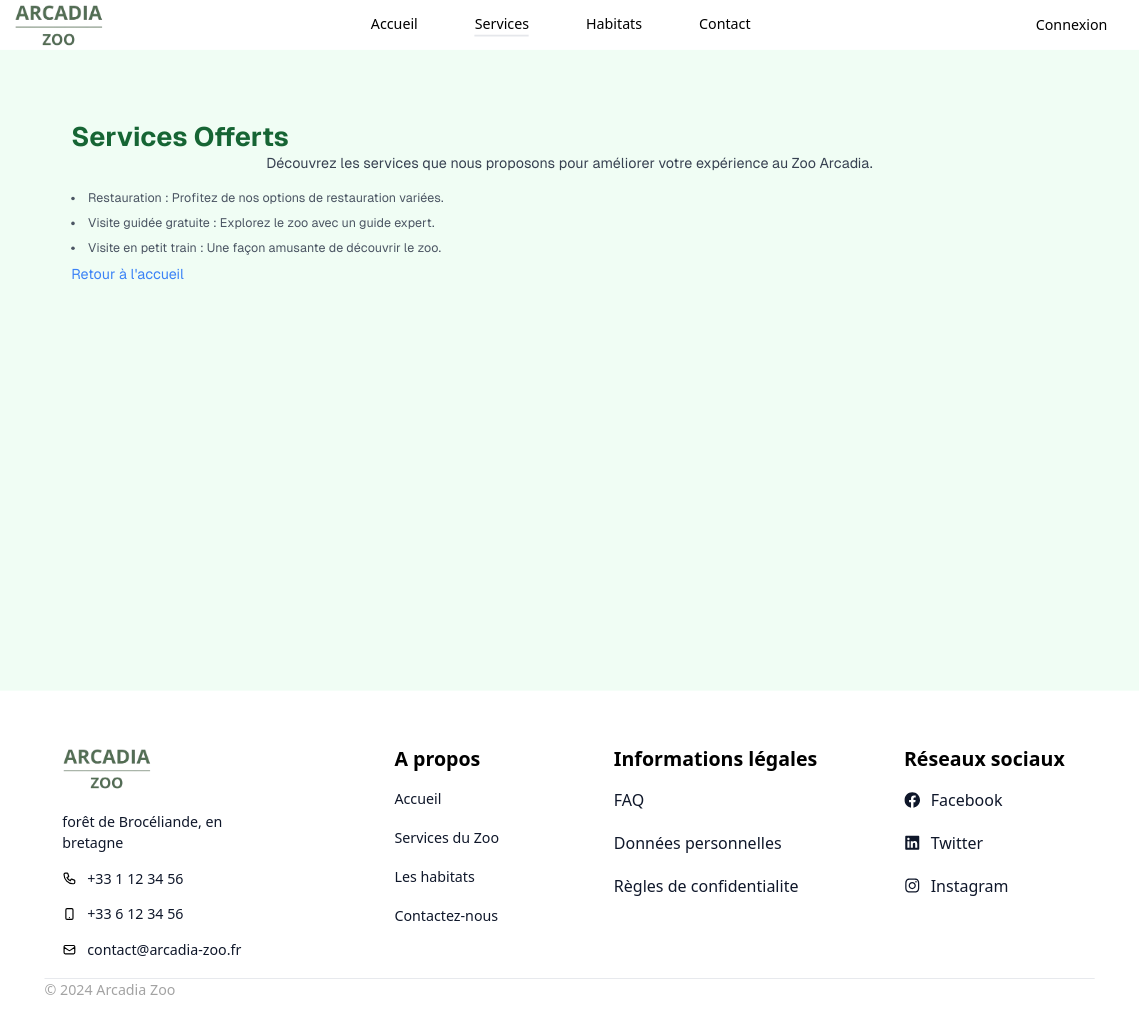
Repository: rdaa99/zoo-arcadia
Page: /service
An editor plug-in stored every save of this project. The page is shown before and after the next save, followed by the edit.
The browser window is 1280 px wide. The pictures show the whole page, at 89% of full size.
The project was rebuilt for these pictures with package versions that can differ from the ones it lists, and the page was loaded fresh each time. The framework's server and built-in components were replaced by stand-ins that run in the browser. Also part of the build but not shown: next.config.ts, components/organisms/Navbar/NavbarMobile.tsx, components/molecules/Button/TextButton.tsx.

Above is the page before, as saved 2024-11-18 22:01:42.

### app/layout.tsx
import type { Metadata } from "next";
import localFont from "next/font/local";
import "./globals.css";
import { Footer } from "@/components/organisms/Footer/Footer";
import { Navbar } from "@/components/organisms/Navbar/Navbar";
import { NavbarResponsive } from "@/components/organisms/Navbar/NavbarResponsive";

const geistSans = localFont({
  src: "../assets/fonts/GeistVF.woff",
  variable: "--font-geist-sans",
  weight: "100 900",
});
const geistMono = localFont({
  src: "../assets/fonts/GeistMonoVF.woff",
  variable: "--font-geist-mono",
  weight: "100 900",
});

export const metadata: Metadata = {
  title: "Create Next App",
  description: "Generated by create next app",
};

export default function RootLayout({
  children,
}: Readonly<{
  children: React.ReactNode;
}>) {
  return (
    <html lang="en">
      <body
        className={`${geistSans.variable} ${geistMono.variable} antialiased`}
      >
        <div className="sticky top-0 z-[400]">
          <NavbarResponsive />
        </div>
        {children}

        <div>
          <Footer />
        </div>
      </body>
    </html>
  );
}

### app/(pages)/service/page.tsx
import { Button } from "flowbite-react";
import Image from "next/image";
import Link from "next/link";

export default function Services() {
  return (
    <div className="bg-green-50 min-h-screen p-8 pb-20 gap-16 sm:p-20 font-[family-name:var(--font-geist-sans)]">
      <h1 className="text-3xl font-bold text-green-800">Services Offerts</h1>
      <p className="text-center text-gray-700">
        Découvrez les services que nous proposons pour améliorer votre
        expérience au Zoo Arcadia.
      </p>
      <ul className="list-inside list-disc text-sm text-center sm:text-left text-gray-600 mt-4">
        <li className="mb-2">
          Restauration : Profitez de nos options de restauration variées.
        </li>
        <li className="mb-2">
          Visite guidée gratuite : Explorez le zoo avec un guide expert.
        </li>
        <li className="mb-2">
          Visite en petit train : Une façon amusante de découvrir le zoo.
        </li>
      </ul>
      <Link href="/" className="text-blue-500 hover:underline mt-4">
        Retour à l'accueil
      </Link>
    </div>
  );
}

### components/organisms/Footer/Footer.tsx
'use client';

import { Footer as FlowbiteFooter } from 'flowbite-react';
import { FaFacebook, FaInstagram, FaLinkedin } from 'react-icons/fa';
import { HiOutlineDeviceMobile, HiOutlineMail, HiOutlinePhone } from 'react-icons/hi';
import { customFooterTheme } from './theme';
import { Logo } from '@/components/atoms/Logo';
import { useResponsive, DeviceSize } from '@/hooks/useResponsive';
import { Typography } from '@/components/atoms/Typography/Typography';

export const Footer = () => {
    const { deviceSize } = useResponsive();

    const adressList = [
        { name: "forêt de Brocéliande, en bretagne" },
        { name: "+33 1 12 34 56", icon: HiOutlinePhone },
        { name: "+33 6 12 34 56", icon: HiOutlineDeviceMobile },
        { name: "contact@arcadia-zoo.fr", icon: HiOutlineMail }
    ];

    const aboutList = [
        { name: "Accueil", link: '/' },
        {name: 'Services du Zoo', link: '/Services',},
        {name: 'Les habitats', link: '/Habitats',},
        {name: 'Contactez-nous', link: '/Contact',}
    ];

    const legalList = [
        { name: "FAQ", link: '/faq' },
        { name: "Données personnelles", link: '/donnees-personnelles' },
        { name: "Règles de confidentialite", link: '/regle-confidentialite' }
    ];

    const socialList = [
        { name: "Facebook", icon: FaFacebook, link: '#' },
        { name: "Twitter", icon: FaLinkedin, link: '#' },
        { name: "Instagram", icon: FaInstagram, link: '#' },
    ];


    let footerSize = '';
    if (deviceSize <= DeviceSize.sm) {
        footerSize = 'max-w-screen-sm';
    } else if (deviceSize < DeviceSize.lg) {
        footerSize = 'max-w-screen-lg';
    } else if (deviceSize > DeviceSize.lg) {
        footerSize = 'xl:w-[1180px] w-auto';
    }

    const footerWidth =
        deviceSize <= DeviceSize.md
        ? 'w-[350px]'
        : deviceSize <= DeviceSize.lg
            ? 'w-52'
            : deviceSize <= DeviceSize.xl
            ? 'w-[300px]'
            : 'w-[350px]';

    return (
        <FlowbiteFooter container={true} theme={customFooterTheme}>
        <div className={`${footerSize}  grid md:grid-cols-4 md:gap-x-7 gap-y-5 md:gap-y-0`}>
        <div className="grid grid-cols-1 md:content-start justify-items-center md:justify-items-start gap-y-5 p-5">
            <Logo />
            <div className="flex items-center md:items-start flex-col md:gap-y-4 gap-y-3">
            {adressList.map((list, index) => (
                <div className={`flex items-center gap-x-3 text-primary-900`} key={index}>
                {list.icon && <list.icon />}
                <Typography customClassName="text-base font-normal text-start text-slate-900" fontFamily="secondary">
                    {list.name}
                </Typography>
                </div>
            ))}
            </div>
        </div>
        <div className={`grid md:justify-around md:content-start md:justify-items-start justify-items-center gap-y-4 p-5 ${footerWidth}`}>
            <FlowbiteFooter.Title theme={customFooterTheme.title} title="A propos" />
            <FlowbiteFooter.LinkGroup theme={customFooterTheme.groupLink}>
            {aboutList.map((list, index) => (
                <FlowbiteFooter.Link theme={customFooterTheme.groupLink.link} key={index} href={list.link}>
                    <Typography customClassName="flex items-center text-base font-normal" fontFamily="secondary">
                    {list.name}
                    </Typography>
                </FlowbiteFooter.Link>
            ))}
            </FlowbiteFooter.LinkGroup>
        </div>
        <div className={`grid md:justify-around md:content-start md:justify-items-start justify-items-center gap-y-4 p-5 ${footerWidth}`}>
            <FlowbiteFooter.Title theme={customFooterTheme.title} title="Informations légales" />
            <FlowbiteFooter.LinkGroup theme={customFooterTheme.groupLink}>
            {legalList.map((list, index) => (
                <FlowbiteFooter.Link theme={customFooterTheme.groupLink.link} key={index} href={list.link}>
                    {list.name}
                </FlowbiteFooter.Link>
            ))}
            </FlowbiteFooter.LinkGroup>
        </div>
        <div className={`grid md:justify-around md:content-start md:justify-items-start justify-items-center gap-y-4 p-5 ${footerWidth}`}>
            <FlowbiteFooter.Title theme={customFooterTheme.title} title="Réseaux sociaux" />
            <FlowbiteFooter.LinkGroup theme={customFooterTheme.groupLink}>
            {socialList.map((list, index) => (
                <FlowbiteFooter.Link theme={customFooterTheme.groupLink.link} key={index} href={list.link}>
                <div className={`flex items-center gap-x-3`}>
                    {list.icon && <list.icon />}
                    {list.name}
                </div>
                </FlowbiteFooter.Link>
            ))}
            </FlowbiteFooter.LinkGroup>
        </div>
        </div>
        <FlowbiteFooter.Divider />
        <div className="max-w-screen-md md:w-[1180px] grid grid-rows-1 md:justify-start justify-center">
        <FlowbiteFooter.Copyright theme={customFooterTheme.copyright} by=" Arcadia Zoo" year={new Date().getFullYear()} />
        </div>
    </FlowbiteFooter>
    );
};

### components/organisms/Navbar/NavbarResponsive.tsx
'use client';

import { DeviceSize, useResponsive } from "@/hooks/useResponsive";
import { NavbarMobile } from "./NavbarMobile";
import { Navbar } from "./Navbar";

export const NavbarResponsive = () => {
  const { deviceSize } = useResponsive();

  if (!deviceSize) {
    return null; // ou un loader pendant le calcul
  }

  return deviceSize <= DeviceSize.lg ? <NavbarMobile /> : <Navbar />;
};

### components/organisms/Footer/theme.tsx
import { FlowbiteFooterTheme } from 'flowbite-react';

export const customFooterTheme: FlowbiteFooterTheme = {
  root: {
    base: 'grid pt-10 md:pt-10 justify-center bg-zinc-50 lg:px-0 md:px-10 px-0 bg-secondary-50',
    container: '',
    bgDark: ''
  },
  groupLink: {
    base: 'grid md:gap-y-5 gap-y-3 items-center justify-items-center md:justify-items-start',
    link: {
      base: 'text-lg leading-7 text-slate-900',
      href: ''
    },
    col: ''
  },
  icon: {
    base: 'text-red-500 dark:hover:text-white',
    size: 'h-9 w-9'
  },
  title: {
    base: 'text-primary-700 text-[22px] normal-case font-bold'
  },
  divider: {
    base: 'md:w-full md:border-stone-300 p-5'
  },
  copyright: {
    base: 'w-full text-base text-neutral-400 md:mb-9 mb-4',
    href: '',
    span: ''
  },
  brand: {
    base: 'mb-4',
    img: 'mr-3 h-8',
    span: 'self-center whitespace-nowrap text-2xl font-semibold text-red-800'
  }
};

### hooks/useResponsive.ts
'use client';

import { useEffect, useState } from 'react';

export enum DeviceSize {
  sm = 640,
  md = 768,
  lg = 1024,
  xl = 1280
}

export const useResponsive = () => {
  const [deviceSize, setDeviceSize] = useState(DeviceSize.xl);

  useEffect(() => {
    const checkScreenSize = () => {
      if (window.innerWidth <= DeviceSize.sm) {
        setDeviceSize(DeviceSize.sm);
      } else if (window.innerWidth <= DeviceSize.md) {
        setDeviceSize(DeviceSize.md);
      } else if (window.innerWidth < DeviceSize.lg) {
        setDeviceSize(DeviceSize.lg);
      } else {
        setDeviceSize(DeviceSize.xl);
      }
    };
    checkScreenSize();

    window.addEventListener('resize', checkScreenSize);

    return () => window.removeEventListener('resize', checkScreenSize);
  }, []);

  return { deviceSize };
};

### components/organisms/Navbar/Navbar.tsx
"use client"; // Ajouter cette directive au début du fichier
import { Navbar as FlowbiteNavbar } from "flowbite-react";
import Link from "next/link";
import { usePathname } from "next/navigation";
import { useState, useEffect } from "react";

import { Logo } from "@/components/atoms/Logo";
import { Typography } from "@/components/atoms/Typography";
import { Button } from "@/components/molecules/Button";

import { customNavbarTheme } from "./theme";

export const Navbar = () => {
  const pathname = usePathname();
  const [shadow, setShadow] = useState<number>(0);
  const scrollThreshold = 50;

  const navbarList = [
    { name: "Accueil", link: "/" },
    { name: "Services", link: "/service" },
    { name: "Habitats", link: "/habitat" },
    { name: "Contact", link: "/contact" },
  ];

  useEffect(() => {
    const handleScroll = () => {
      setShadow(window.scrollY);
    };

    window.addEventListener("scroll", handleScroll);
    return () => {
      window.removeEventListener("scroll", handleScroll);
    };
  }, []);

  return (
    <FlowbiteNavbar
      theme={customNavbarTheme(undefined)}
      className={`transition-shadow duration-300 ${
        shadow > scrollThreshold
          ? "shadow-[0_0px_5px_2px_rgba(212,212,212,1)]"
          : ""
      }`}
    >
      {/* <div className='w-[120px]'><Logo /></div> */}
      <Logo />
      <FlowbiteNavbar.Collapse>
        <div className="flex flex-row gap-x-16">
          {navbarList.map((page) => (
            <FlowbiteNavbar.Link as={Link} href={page.link} key={page.name}>
              <Typography
                customClassName={`hover:border-primary-400 hover:border-b-2  text-base ${
                  pathname === page.link ? "border-b-2 border-primary-700" : ""
                }`}
                color="dark"
              >
                {page.name}
              </Typography>
            </FlowbiteNavbar.Link>
          ))}
        </div>
      </FlowbiteNavbar.Collapse>
      <Button size="s" color="primary" href="/connexion">
        Connexion
      </Button>
    </FlowbiteNavbar>
  );
};

### components/atoms/Logo/Logo.tsx
import Image from 'next/image';
import Link from 'next/link';
import React from 'react';

export interface LogoProps {
  redirectUrl?: string;
  src?: string;
}

export const Logo = ({
  redirectUrl = '/',
  src = '/images/arcadia-logo-2.webp', // Chemin relatif à partir de "public"
}: LogoProps) => {
  return (
    <Link href={redirectUrl}>
      <Image width={100} height={45} src={src} alt="logo of arcadia zoo" />
    </Link>
  );
};

### utils/clsxm.ts
import clsx, { ClassValue } from "clsx";
import { twMerge } from "tailwind-merge";

/** Merge classes with tailwind-merge with clsx full feature */
export default function clsxm(...classes: ClassValue[]) {
  return twMerge(clsx(...classes));
}

### components/organisms/Navbar/theme.tsx
import { FlowbiteNavbarTheme } from "flowbite-react";

export const customNavbarTheme = (
  isOpen: boolean | undefined
): FlowbiteNavbarTheme => ({
  root: {
    base: "px-4 w-full bg-secondary-50 flex flex-row justify-center",
    rounded: {
      on: "rounded",
      off: "",
    },
    bordered: {
      on: "",
      off: "",
    },
    inner: {
      base: "w-full flex justify-between items-center",
      fluid: {
        on: "",
        off: "",
      },
    },
  },
  brand: {
    base: "",
  },
  collapse: {
    base: "w-full lg:block lg:w-auto h-screen lg:h-auto mt-16 lg:mt-0",
    list: "flex flex-col lg:flex-row lg:space-x-8 lg:font-medium lg:items-center gap-y-10 lg:gap-y-0",
    hidden: {
      on: "hidden",
      off: "",
    },
  },
  link: {
    base: "hover:text-secondary-700 hover:border-b-2",
    active: {
      on: "",
      off: "",
    },
    disabled: {
      on: "",
      off: "",
    },
  },
  toggle: {
    base: `text-primary-500 rounded-[10px] lg:hidden ${
      isOpen === true ? "bg-primary-100" : "bg-transparent"
    }`, // Clean base styles for the toggle
    icon: "h-[42px] w-[42px] shrink-0", // Icon only, no extra styles or content
  },
});

### components/molecules/Button/index.ts
export * from './Button';
export * from './TextButton';

### components/molecules/Button/Button.tsx
import Link from 'next/link';
import * as React from 'react';
import clsxm from '@/utils/clsxm';

type ButtonColor = 'primary' | 'secondary';
type ButtonVariant = 'transparent' | 'underline' | 'outline';
export type ButtonSize = 'xs' | 's' | 'm' | 'l' | 'xl';

type ButtonProps = {
  color?: ButtonColor;
  variant?: ButtonVariant;
  size?: ButtonSize;
  href?: string;
} & React.ButtonHTMLAttributes<HTMLButtonElement> & {
  as?: React.ElementType;  // Ajout de la prop 'as' dynamique
};

export const Button = React.forwardRef<HTMLElement, ButtonProps>(
  ({ children, className, color = 'primary', variant, size = 's', type = 'button', href, as = 'button', ...props }, ref) => {
    // Déterminer l'élément à rendre en fonction de la prop 'as'
    let Component = as;

    // Si 'href' est défini, utiliser Link pour une URL interne ou 'a' pour un lien externe
    if (href) {
      Component = href.startsWith('/') ? Link : 'a';
    }

    // Appliquer dynamiquement les classes et autres props
    return (
      <Component
        ref={ref}
        type={type}
        href={href} // Passe l'attribut href si nécessaire
        className={clsxm(
          'flex items-center justify-center gap-2 rounded-md text-base focus:outline-none focus-visible:ring focus-visible:ring-primary-500 hover:bg-primary-500',
          className, // Les classes passées en props
          //*=========== Size ===========
          [
            size === 's' && 'w-[120px] h-9',
            size === 'm' && 'w-[270px] h-11',
            size === 'l' && 'w-full h-11'
          ],
          //*=========== Colors ===========
          [
            color === 'primary' && 'bg-primary-500 hover:bg-primary-600 disabled:bg-gray-200 focus:ring-transparent enabled:hover:bg-primary-500',
            color === 'secondary' && 'bg-secondary-700 text-white hover:border-secondary-700 hover:border-2 shadow-none hover:bg-secondary-50 hover:text-secondary-700 disabled:bg-gray-200 focus:ring-transparent enabled:hover:bg-transparent'
          ],
          //*=========== Variants ===========
          [
            variant === 'transparent' && 'bg-transparent enabled:hover:bg-transparent',
            variant === 'underline' && 'bg-transparent underline enabled:hover:bg-transparent',
            variant === 'outline' && 'bg-white enabled:hover:bg-white border border-primary-500 justify-center hover:shadow-sm'
          ]
        )}
        {...props}
      >
        {children}
      </Component>
    );
  }
);

Button.displayName = 'Button';

Loaded but not shown: app/globals.css (common file); components/atoms/Logo/index.ts (common file); components/atoms/Typography/index.ts (common file); tailwind.config.ts (common file); components/atoms/Typography/Typography.tsx (151 lines, source omitted)

After the next save:
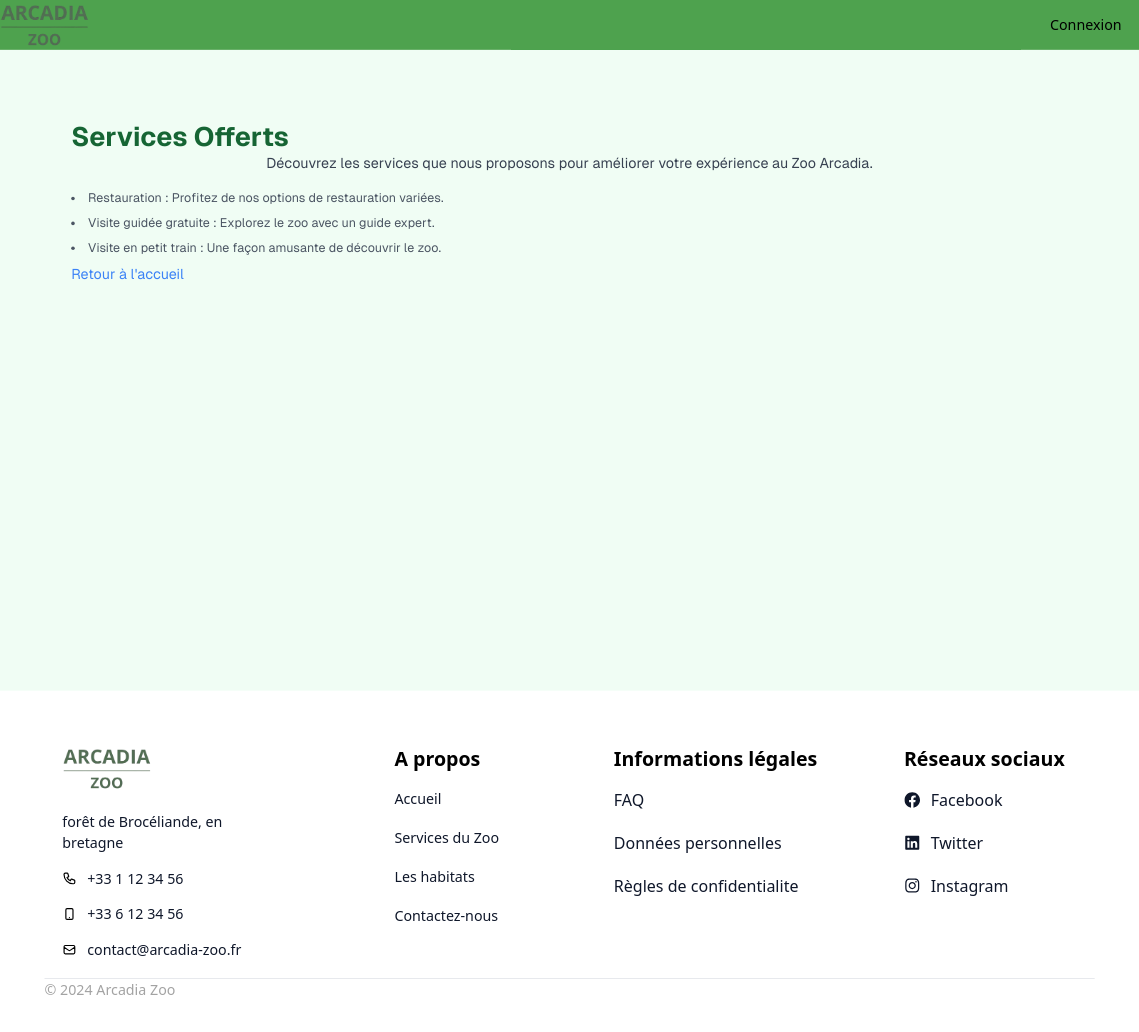
Saved 59 s later.
--- a/components/organisms/Navbar/Navbar.tsx
+++ b/components/organisms/Navbar/Navbar.tsx
@@ -35,24 +35,28 @@
 
   return (
     <FlowbiteNavbar
-      theme={customNavbarTheme(undefined)}
       className={`transition-shadow duration-300 ${
         shadow > scrollThreshold
           ? "shadow-[0_0px_5px_2px_rgba(212,212,212,1)]"
           : ""
       }`}
+      style={{
+        backgroundColor: "rgba(34, 139, 34, 0.8)", // Vert forêt
+      }}
     >
-      {/* <div className='w-[120px]'><Logo /></div> */}
       <Logo />
       <FlowbiteNavbar.Collapse>
         <div className="flex flex-row gap-x-16">
           {navbarList.map((page) => (
             <FlowbiteNavbar.Link as={Link} href={page.link} key={page.name}>
               <Typography
-                customClassName={`hover:border-primary-400 hover:border-b-2  text-base ${
+                customClassName={`hover:text-[#add8e6] hover:border-b-2 text-base ${
                   pathname === page.link ? "border-b-2 border-primary-700" : ""
                 }`}
                 color="dark"
+                style={{
+                  color: "#ffffff", // Texte blanc
+                }}
               >
                 {page.name}
               </Typography>

After the 2 saves that followed:
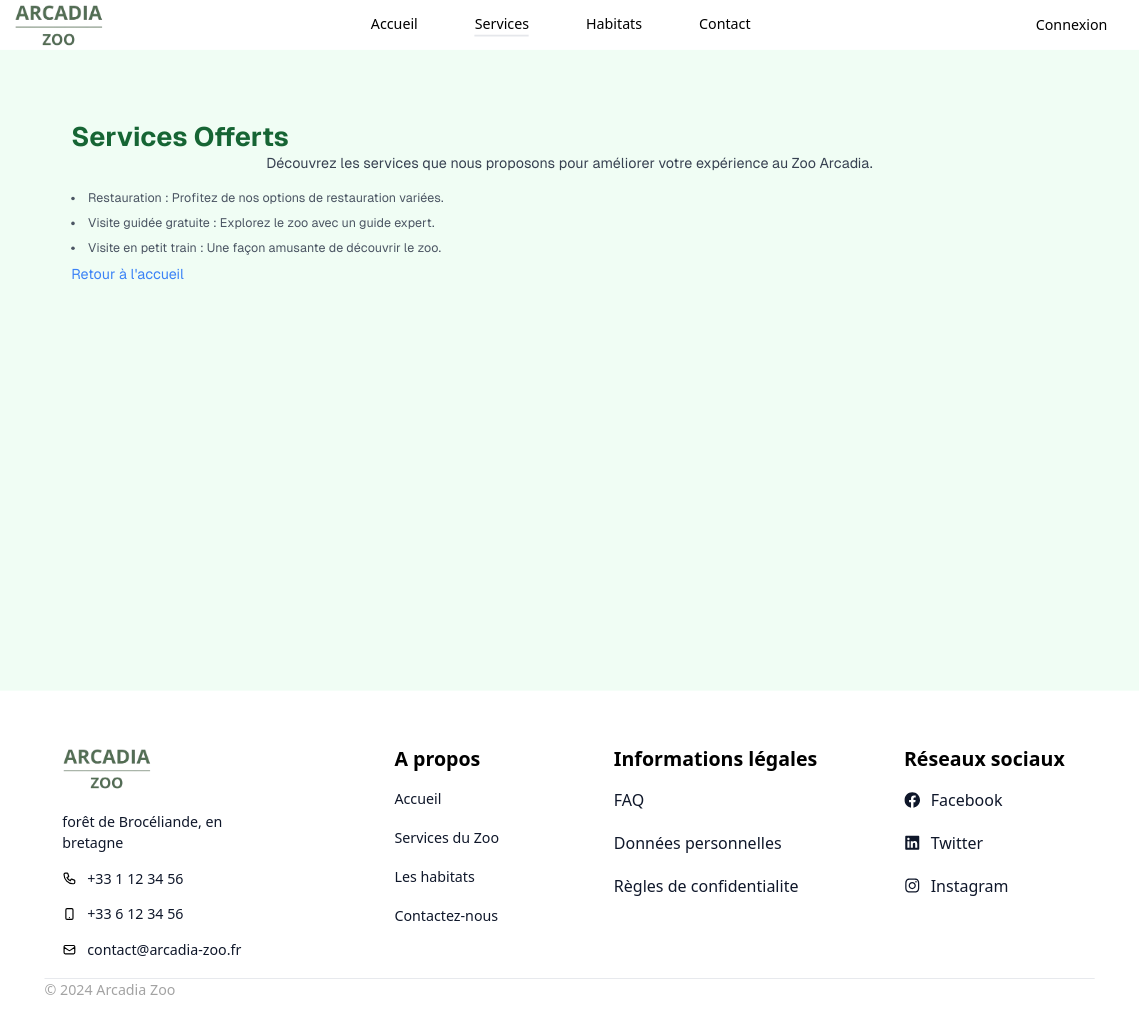
The 2 saves are shown as one change because 1 left the picture as it was.
The last was saved 40 s later.
--- a/components/organisms/Navbar/Navbar.tsx
+++ b/components/organisms/Navbar/Navbar.tsx
@@ -35,28 +35,24 @@
 
   return (
     <FlowbiteNavbar
+      theme={customNavbarTheme(undefined)}
       className={`transition-shadow duration-300 ${
         shadow > scrollThreshold
           ? "shadow-[0_0px_5px_2px_rgba(212,212,212,1)]"
           : ""
       }`}
-      style={{
-        backgroundColor: "rgba(34, 139, 34, 0.8)", // Vert forêt
-      }}
     >
+      {/* <div className='w-[120px]'><Logo /></div> */}
       <Logo />
       <FlowbiteNavbar.Collapse>
         <div className="flex flex-row gap-x-16">
           {navbarList.map((page) => (
             <FlowbiteNavbar.Link as={Link} href={page.link} key={page.name}>
               <Typography
-                customClassName={`hover:text-[#add8e6] hover:border-b-2 text-base ${
+                customClassName={`hover:border-primary-400 hover:border-b-2  text-base ${
                   pathname === page.link ? "border-b-2 border-primary-700" : ""
                 }`}
                 color="dark"
-                style={{
-                  color: "#ffffff", // Texte blanc
-                }}
               >
                 {page.name}
               </Typography>
